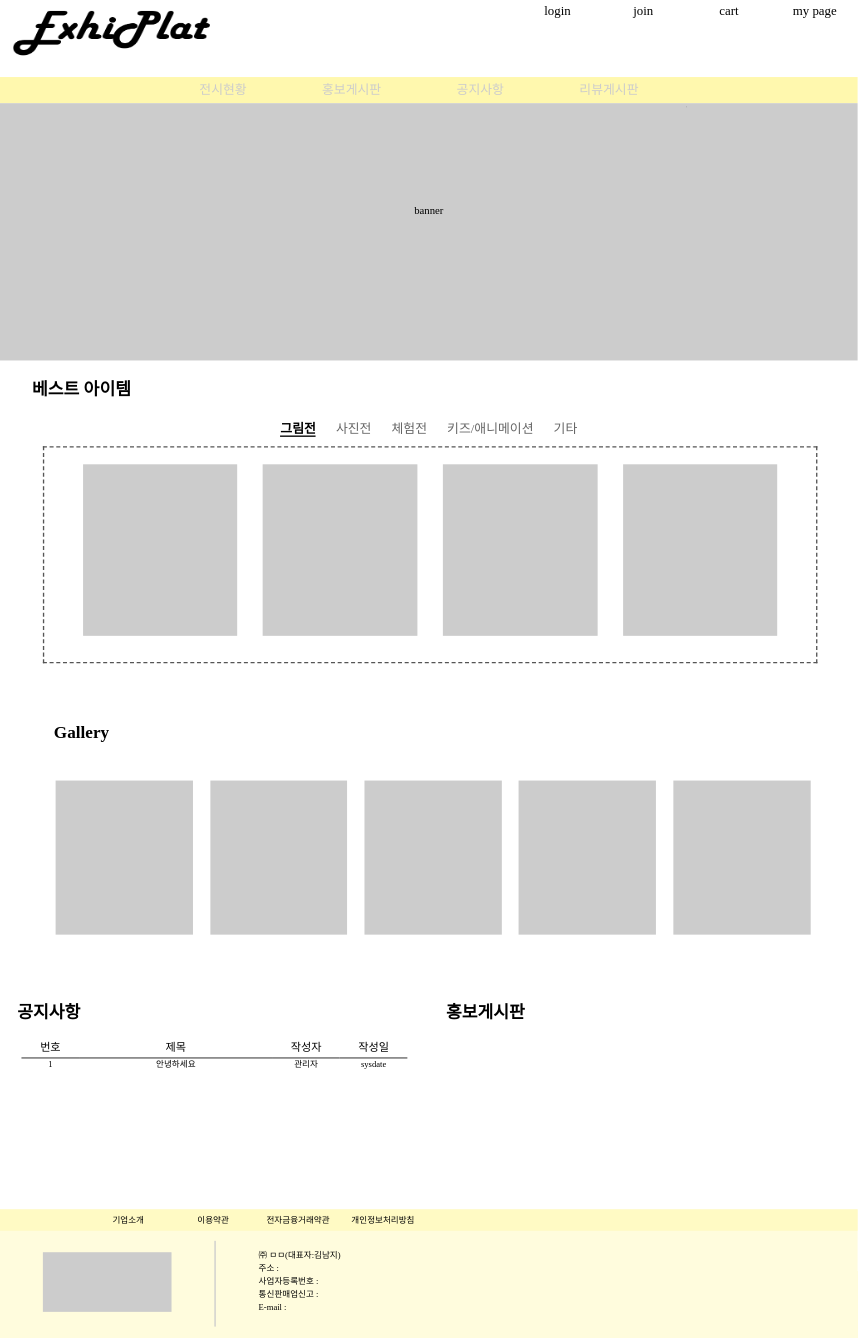
Repository: pnamjitoo/exhibition
Page: http://localhost/exhibition/source/main/index.jsp
The author's editor kept a copy of each file at every save. The page is drawn from the files as they stood at one save, then again after the next save.
The browser window is 1280 px wide. The pictures show the whole page, at 67% of full size.
Some web fonts or font styles are not loaded; a fallback is used. Some web libraries are served in a nearby version. The page is served by Tomcat 9.

Above is the page before, as saved 2022-09-11 00:51:36.

After the next save:
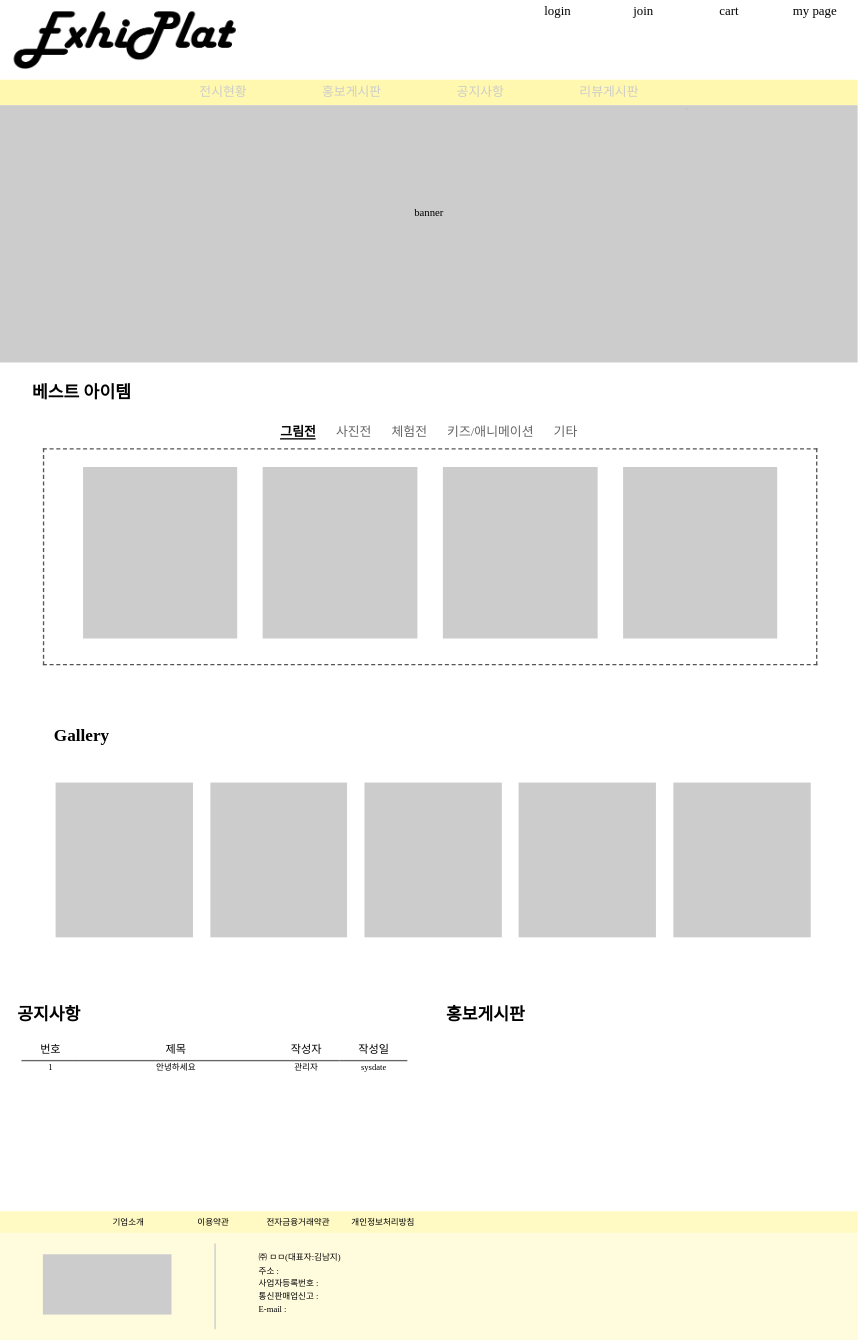
Saved 57 s later.
--- a/exhibition/src/main/webapp/source/main/header.jsp
+++ b/exhibition/src/main/webapp/source/main/header.jsp
@@ -23,7 +23,7 @@
     <div id="wrap">
         <header>
             <div id="logo">
-				<img width='310' height='70' src="${pageContext.request.contextPath}/image/logo.png">
+				<img width='350' height='90' src="${pageContext.request.contextPath}/image/logo.png">
             </div><!--//logo-->
             <div id="top_menu">
                 <ul>
